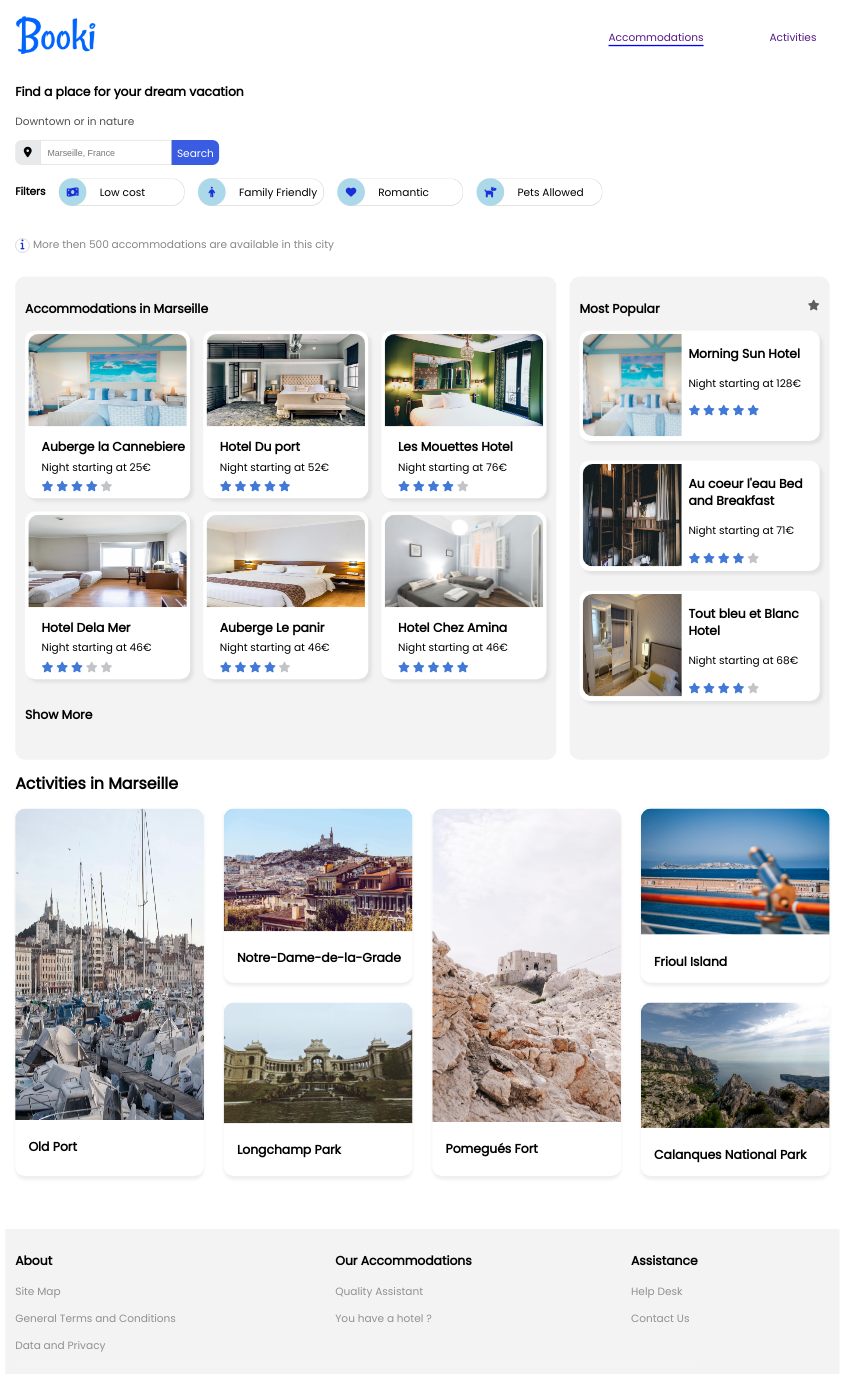
Repository: ailahin/booki
Page: index.html
The author's editor kept a copy of each file at every save. The page is drawn from the files as they stood at one save, then again after the next save.
The browser window is 1280 px wide. The pictures show the whole page, at 66% of full size.
The pointer rests on the first visible `.nav-flex a`.
Some web fonts or font styles are not loaded; a fallback is used. Some web libraries are served in a nearby version.

Above is the page before, as saved 2023-07-19 02:38:47.

### index.html
<!DOCTYPE html>
<html lang="en">
<head>
    <meta charset="UTF-8">
    <meta http-equiv="X-UA-Compatible" content="IE=edge">
    <meta name="viewport" content="width=device-width, initial-scale=1.0">
    <title>Booki</title>
    <link rel="stylesheet" href="css/index.css">
    <link rel="stylesheet" href="https://fonts.googleapis.com/css?family=Poppins|Sofia|Trirong">

    <!-- Google fronts -->
    <link rel="preconnect" href="https://fonts.googleapis.com">
    <link rel="preconnect" href="https://fonts.gstatic.com" crossorigin>
    <link href="https://fonts.googleapis.com/css2?family=Poppins&display=swap" rel="stylesheet">

    <script src="https://kit.fontawesome.com/a5dfdf2455.js" crossorigin="anonymous"></script>

</head>
<body>
    <header class="body">
        <nav>
            <div class="navbar">
                <div class="booki">
                    <img src="images/logo/Booki.png" alt="">
                </div>

                <div class="nav-flex">
                    <div id="nav-accommodation-text">
                        <a href="">Accommodations</a>
                     </div>
                     <div id="nav-activities-text" class="activities">
                         <a href=""> Activities</a>
                     </div>
               </div>
            </div>
        </nav>
    </header>

   <main class="body">
    <section>
        <div>
            <h3 class="dream-vacation">Find  a place for your dream vacation</h3>
        <p class="downtown"> Downtown or in nature</p>
        </div>

        <div class="search-bar">
            <div class="search-icon"> <i class="fa-solid fa-location-dot"></i> </div>
            <div class="search-place">
                <div class="placeholder">
                <input type="search" name="marseille, France" placeholder="Marseille, France" id="marseille">
            </div>
        </div>
            <div class="search-btn">Search</div>
        </div>

        <div>
            <div class="filters-bar">


                <div class="filters">
                    <div class="filters-text">
                        <H4>Filters</H4>
                    </div>
                    <div class="cost">
                        <div class="filters-icon"> <i class="fa-solid fa-money-bill-wave" style="color: #192fd7;"></i></div>
                        <div class="icon">Low cost</div>
                    </div>

                       <div class="cost">
                        <div class="filters-icon"> <i class="fa-solid fa-person" style="color: #192fd7;"></i></div>
                        <div class="icon">Family Friendly</div>
                       </div>

                       <div class="cost">
                        <div class="filters-icon"> <i class="fa-solid fa-heart" style="color: #192fd7;"></i></div>
                        <div class="icon">Romantic</div>
                       </div>

                       <div class="cost">
                        <div class="filters-icon"> <i class="fa-solid fa-dog" style="color: #192fd7;"></i></div>
                        <div class="icon">Pets Allowed</div>
                       </div>


                </div>
            </div>

           <div>
            <div class="info">
                <div >
                    <i class="fa-solid fa-info" style="color: #192fd7;"></i>
                </div>

                <div>
                    <p> More then 500 accommodations are available in this city</p>
                </div>
            </div>
           </div>
        </div>


    </section>
    <section class="accomodations-details">

        <section class="all-accomodations" >

            <div>
                <h3>Accommodations in Marseille</h3>
            </div>

            <div class="all-accomodations-details">

                <div class="details-container">
                    <div>
                        <img src="images/hebergements/2_large/annie-spratt-Eg1qcIitAuA-unsplash.jpg" alt="">

                    </div>
                    <div class="details-text">
                        <h3>
                            Auberge la Cannebiere
                        </h3>
                        <div>
                            <p>
                                Night starting at 25€
                            </p>
                        </div>
                        <div>
                            <i class="fa-solid fa-star" style="color: #4379d6;"></i>
                            <i class="fa-solid fa-star" style="color: #4379d6;"></i>
                            <i class="fa-solid fa-star" style="color: #4379d6;"></i>
                            <i class="fa-solid fa-star" style="color: #4379d6;"></i>
                            <i class="fa-solid fa-star" style="color: #c2c4c7;"></i>
                        </div>
                    </div>
                </div>

                <div class="details-container">
                    <div><img src="images/hebergements/2_large/aw-creative-VGs8z60yT2c-unsplash.jpg" alt=""></div>
                    <div class="details-text">
                        <h3>Hotel Du port </h3>

                        <div>
                            <p>   Night starting at 52€ </p>
                        </div>
                        <div>
                            <i class="fa-solid fa-star" style="color: #4379d6;"></i>
                            <i class="fa-solid fa-star" style="color: #4379d6;"></i>
                            <i class="fa-solid fa-star" style="color: #4379d6;"></i>
                            <i class="fa-solid fa-star" style="color: #4379d6;"></i>
                            <i class="fa-solid fa-star" style="color: #4379d6;"></i>

                        </div>
                    </div>
                </div>
                <div class="details-container">
                    <div><img src="images/hebergements/2_large/emile-guillemot-Bj_rcSC5XfE-unsplash.jpg" alt=""></div>
                    <div class="details-text">
                        <h3> Les Mouettes Hotel</h3>

                        <div>
                            <p>
                                Night starting at 76€
                            </p>
                            <div>
                                <i class="fa-solid fa-star" style="color: #4379d6;"></i>
                                <i class="fa-solid fa-star" style="color: #4379d6;"></i>
                                <i class="fa-solid fa-star" style="color: #4379d6;"></i>
                                <i class="fa-solid fa-star" style="color: #4379d6;"></i>
                                <i class="fa-solid fa-star" style="color: #c2c4c7;"></i>
                            </div>
                        </div>
                    </div>
                </div>
                <div class="details-container">
                    <div><img src="images/hebergements/2_large/febrian-zakaria-M6S1WvfW68A-unsplash.jpg" alt=""></div>

                    <div class="details-text">
                        <h3>
                                Hotel Dela Mer
                        </h3>
                        <div>
                            <p> Night starting at 46€</p>
                        </div>
                        <div>
                            <i class="fa-solid fa-star" style="color: #4379d6;"></i>
                            <i class="fa-solid fa-star" style="color: #4379d6;"></i>
                            <i class="fa-solid fa-star" style="color: #4379d6;"></i>

                            <i class="fa-solid fa-star" style="color: #c2c4c7;"></i>
                            <i class="fa-solid fa-star" style="color: #c2c4c7;"></i>
                        </div>
                    </div>
                </div>
                <div class="details-container">
                    <div><img src="images/hebergements/2_large/febrian-zakaria-sjvU0THccQA-unsplash.jpg" alt=""></div>

                    <div class="details-text">
                        <h3>Auberge Le panir</h3>
                    </div>
                    <div class="details-text">
                        <p > Night starting at 46€ </p>
                    </div>
                    <div class="details-text">
                        <i class="fa-solid fa-star" style="color: #4379d6;"></i>
                        <i class="fa-solid fa-star" style="color: #4379d6;"></i>
                        <i class="fa-solid fa-star" style="color: #4379d6;"></i>
                        <i class="fa-solid fa-star" style="color: #4379d6;"></i>

                        <i class="fa-solid fa-star" style="color: #c2c4c7;"></i>

                    </div>


                </div>
                <div class="details-container">
                    <div><img src="images/hebergements/2_large/fred-kleber-gTbaxaVLvsg-unsplash.jpg" alt=""></div>

                    <div class="details-text">
                        <h3>Hotel Chez Amina</h3>
                        <div>
                            <p>Night starting at 46€</p>
                        </div>
                        <div>
                            <i class="fa-solid fa-star" style="color: #4379d6;"></i>
                            <i class="fa-solid fa-star" style="color: #4379d6;"></i>
                            <i class="fa-solid fa-star" style="color: #4379d6;"></i>
                            <i class="fa-solid fa-star" style="color: #4379d6;"></i>
                            <i class="fa-solid fa-star" style="color: #4379d6;"></i>

                        </div>
                    </div>


                </div>


            </div>

            <div class="show-more">
                <h3>Show More</h3>
            </div>

        </section>

        <section class="most-popular">

            <div class="most-popular-icon">
                <h3>
                    Most Popular
                </h3>
                <p>
                    <i class="fa-solid fa-star" style="color: #5d5e60" > </i>
                </p>


            </div>

            <div class="most-popular-details">
                <div class="popular-details-container">
                    <div>
                        <img src="images/hebergements/2_large/annie-spratt-Eg1qcIitAuA-unsplash.jpg" alt="">
                    </div>
                    <div class="popular-details-text">
                        <h3>Morning Sun Hotel</h3>
                        <p>Night starting at 128€</p>
                        <div>
                            <div>
                                <i class="fa-solid fa-star" style="color: #4379d6;"></i>
                                <i class="fa-solid fa-star" style="color: #4379d6;"></i>
                                <i class="fa-solid fa-star" style="color: #4379d6;"></i>
                                <i class="fa-solid fa-star" style="color: #4379d6;"></i>
                                <i class="fa-solid fa-star" style="color: #4379d6;"></i>

                            </div>
                        </div>
                    </div>
                </div>
                <div class="popular-details-container" >
                    <div>
                        <img src="images/hebergements/2_large/nicate-lee-kT-ZyaiwBe0-unsplash.jpg" alt="">
                    </div>
                    <div class="popular-details-text">
                        <h3>Au coeur l'eau Bed and Breakfast</h3>
                        <p>Night starting at 71€</p>
                        <div>
                            <i class="fa-solid fa-star" style="color: #4379d6;"></i>
                            <i class="fa-solid fa-star" style="color: #4379d6;"></i>
                            <i class="fa-solid fa-star" style="color: #4379d6;"></i>
                            <i class="fa-solid fa-star" style="color: #4379d6;"></i>
                            <i class="fa-solid fa-star" style="color: #c2c4c7;"></i>

                        </div>
                    </div>
                </div>
                <div class="popular-details-container">
                    <div>
                        <img src="images/hebergements/2_large/reisetopia-B8WIgxA_PFU-unsplash.jpg" alt="">
                    </div>
                    <div class="popular-details-text">
                        <h3>Tout bleu et Blanc Hotel</h3>
                        <p>Night starting at 68€</p>
                        <div>
                            <i class="fa-solid fa-star" style="color: #4379d6;"></i>
                            <i class="fa-solid fa-star" style="color: #4379d6;"></i>
                            <i class="fa-solid fa-star" style="color: #4379d6;"></i>
                            <i class="fa-solid fa-star" style="color: #4379d6;"></i>
                            <i class="fa-solid fa-star" style="color: #c2c4c7;"></i>

                        </div>
                    </div>
                </div>

            </div>



        </section>

    </section>

    <section>
        <div>
            <h1> Activities in Marseille</h1>
        </div>
        <div>
            <div class="activites-images">
                <div class="activites-container" id="one">
                  <div>
                    <img src="images/activites/2_large/reno-laithienne-QUgJhdY5Fyk-unsplash.jpg " alt="">
                  </div>

                  <div class="text-container">
                    <h3>Old Port</h3>
                </div>
                </div>
                <div class="activites-container" id="two">
                    <div>
                        <img src="images/activites/2_large/florian-wehde-xW9e8gdotxI-unsplash.jpg" alt="">
                    </div>
                    <div class="text-container">
                        <h3>Notre-Dame-de-la-Grade</h3>
                    </div>
                </div>
                <div  class="activites-container" id="three">
                    <div>
                        <img src="images/activites/2_large/lena-paulin-wH2-EJoDcV0-unsplash.jpg" alt="">
                    </div>
                    <div class="text-container">
                        <h3>Longchamp Park </h3>
                    </div>
                 </div>
                <div class="activites-container" id="four">
                    <div>
                        <img src="images/activites/2_large/paul-hermann-QFTrLdQIRhI-unsplash.jpg" alt="">
                    </div>

                    <div class="text-container">
                        <h3>Pomegués Fort</h3>
                    </div>
                </div>
                <div class="activites-container" id="five">
                   <div>
                    <img src="images/activites/2_large/kevin-hikari-rV_Qd1l-VXg-unsplash.jpg " alt="">
                   </div>
                   <div class="text-container">
                    <h3> Frioul Island </h3>
                   </div>
                </div>
                <div class="activites-container" id="six">
                    <div>
                        <img src="images/activites/2_large/kilyan-sockalingum-NR8-cBCN3aI-unsplash.jpg" alt="">
                    </div>

                    <div class="text-container">
                        <h3>Calanques National Park</h3>
                    </div>
                </div>
            </div>
        </div>
    </section>
   </main>

    <footer class="footer-main">
        <section>
            <div class="footer">
                <div class="about">
                    <h3> About</h3>
                    <p> Site Map</p>
                    <p>General Terms and Conditions  </p>
                    <p>Data and Privacy </p>


                </div>
                <div class="accommodations">
                    <h3> Our Accommodations</h3>
                    <p>Quality Assistant</p>
                    <p>You have a hotel ?</p>

                </div>

                <div class="assistance">
                        <h3>
                            Assistance
                        </h3>

                        <p>Help Desk</p>
                        <p>Contact Us</p>
                </div>
            </div>
        </section>

    </footer>

</body>
</html>

### css/index.css
.body{
    font-family: "poppins", sans-serif;
    padding-left: 15px;
    padding-right: 15px;
}
.navbar{
    display: flex;
    flex-direction: row;
    justify-content:space-between;
    align-items: center;
}

.nav-flex{
    display:flex;
    padding-left: 20px;
    padding-right: 20px;
    justify-content:space-around;
}
.nav-flex a{
    text-decoration: none;
}
.nav-flex a:hover{
    border-bottom: 2px solid blue;


}
.dream-vacation{

}
.downtown{
    color: rgb(80, 79, 79);

}
.activities{
    margin-left: 100px;
}

.search-bar{
    display:flex;
    align-items: center;


}
.search-icon{
    display: flex;
    background-color: rgb(232, 233, 234);
    height:38px;
    width: 38px;
    align-items: center;
    justify-content: center;
    border-radius: 10px 0 0 10px;

}
.placeholder input{
   height: 38px;
   border-left: 0px;
   border-right: 0px;
   border: 1px solid rgb(220, 218, 218);
   padding: 10px;
}
.placeholder{


}

 .search-place{


 }



.search-btn{
    background-color: rgb(58, 92, 227);
    color:white;
    height: 22px;
    padding:8px;
    border-radius: 0  10px 10px 0;
}
.filters-bar{
    margin-top: 20px;

}

.cost{
    display: flex;
    border: 1px solid;
    border-left: 0px;
   border-color: rgb(220, 215, 215);
   height: 40px;
   width: 190px;
   align-items: center;
   gap: 20px;
   border-radius: 20px;
}
.filters-icon{
    display: flex;
    background-color: rgb(171, 217, 233);
    height:42px ;
    width: 42px;
    align-items: center;
    border-radius: 100%;
    justify-content: center;
}
.filters{
    display: flex;
    gap: 20px;
}
.filters-text{
   display: flex;
   height: 38px;
   align-items: center;
}

.fa-info{
    display: flex;
    border: 1px rgb(193, 200, 207) solid;
    border-radius: 100%;
    width: 20px;
    height: 20px;
    align-items: center;
    justify-content: center;
}
.info{
    display: flex;
    align-items: center;
    text-align: center;
    gap:5px;
    margin-top: 30px;
}
.info p{
    color: rgb(133, 135, 137);
}

.accomodations-details{
    display: flex;
}
.all-accomodations{
    width: 66%;
    background-color:rgb(243, 243, 243);
    padding: 15px;
    margin-top: 20px;
    margin-right: 20px;
    border-radius: 15px;
}

.show-more{
    padding-top: 20px;
    padding-bottom: 20px;
}
.most-popular{
    width: 34%;
    background-color:rgb(243, 243, 243);
    padding:15px;
    margin-top: 20px;
    border-radius: 15px;
    padding-bottom: 30px;

}
.most-popular-icon{
    display: flex;
    justify-content: space-between;

}
.all-accomodations-details img{
    width: 240px;
    height: 140px;
    border-top-left-radius: 15px;
    border-top-right-radius: 15px;

}
.all-accomodations-details{
   display: grid;
   grid-template-columns: repeat(3, 1fr);
   gap: 20px;

}

.details-container{
    background-color:white;
    padding: 5px;
    border-radius: 15px;
    box-shadow: 5px 5px 5px 0px rgb(226, 225, 225);


}

.details-text {
margin-left: 20px;
line-height: .3cm;
margin-bottom: 5px;


}
.most-popular-details{
    display: grid;
    grid-template-rows: repeat(3, 1fr);
    gap:30px;


}
.popular-details-container img{
    width:150px;
    height: 155px;
    border-top-left-radius: 15px;
    border-bottom-left-radius: 15px;
    margin-top: 2px;
    margin-left: 2px;

}
.popular-details-container{
    display: flex;
    background-color:white;
    padding-top: 3px;
    padding-left: 3px;
    border-radius: 15px;
    box-shadow: 5px 5px 5px 0px rgb(226, 225, 225);
}
.popular-details-text{
    margin-left: 10px;
    line-height: .7cm;

}

.activites-images img{
    width: 100%;
    border-top-left-radius: 15px;
    border-top-right-radius: 15px;



  }

  .activites-images {
    display: grid;
    grid-template-columns: repeat(4, 1fr);
    gap: 30px;
    margin-bottom: 80px;

  }

  .activites-container{
    box-shadow: 0px 5px 5px 0px rgb(239, 238, 238);
    border-bottom-left-radius: 15px;
    border-bottom-right-radius: 15px;
  }


#one{
    grid-row: 1/3;
    grid-row: 1 / 3;

}

#one img{

    height: 472px;

}

.text-container{

    margin-left: 20px;

}

#two{

}
#three{
    grid-column: 2/3;
    grid-row:2/3 ;
}
#three img{
   height: 183px;

}
#four {
    grid-row: 1/3;
    border-top-right-radius: 15px;
}

#four img {

    height: 475px;
}

#five{
    grid-column: 4/5;
    grid-row:1/2 ;
}
#six{
    grid-column: 4/5;
    grid-row:2/3 ;
}

.footer{
    display: flex;
    justify-content: space-between;
    background-color:rgb(243, 243, 243);
    font-family: "poppins", sans-serif;
    margin-right: 200px;
}
.footer p{
    color: rgb(146, 145, 145);
}
.footer-main{
    background-color:rgb(243, 243, 243);
    padding: 15px;

}







/* Extra small devices (phones, 600px and down) */
@media only screen and (max-width: 992px) {
    .navbar{
       display: flex;
       flex-wrap: wrap;
       justify-content: center;
       align-items: center;
       margin-bottom: 20px;



    };
    #nav-accommodation-text{

    }


    .filters {
        width: 100%;
        display:flex;
        flex-direction: column;
        flex-wrap:wrap;

    }
    .accomodations-details{
        display: flex;
        flex-direction:column-reverse;
        flex-wrap: wrap;
    }
    .all-accomodations{
        width: 100%;
        align-items: center;
        justify-content: center;

    }
    .all-accomodations-details{
        display: flex;
        flex-direction: row;
        flex-wrap: wrap;
        align-items: center;
        justify-content: center;

    }

    .most-popular{
        width: 100%;

    }


    .most-popular-details img{
        width:150px;
        height: 155px;
        border-top-left-radius: 15px;
        border-bottom-left-radius: 15px;
        margin-top: 2px;
        margin-left: 2px;

    }


.footer{
    display: flex;
    flex-direction: column;
}

.activites-images {
   display: flex;
   flex-direction: column-reverse;


}

  }



  /* Small devices (portrait tablets and large phones, 600px and up) */
  @media only screen and (min-width: 768px) {
    .example {background: green;}




  }

  /* Medium devices (landscape tablets, 768px and up) */
  @media only screen and (max-width: 1000px) and ( min-width: 600px) {
    .accomodations-details{
        display: flex;
        flex-direction:column;
        flex-wrap: wrap;
    }


}

  /* Large devices (laptops/desktops, 992px and up) */
  @media only screen and (min-width: 992px) {


  }

  /* Extra large devices (large laptops and desktops, 1200px and up) */
  @media only screen and (min-width: 1200px) {


  }

After the next save:
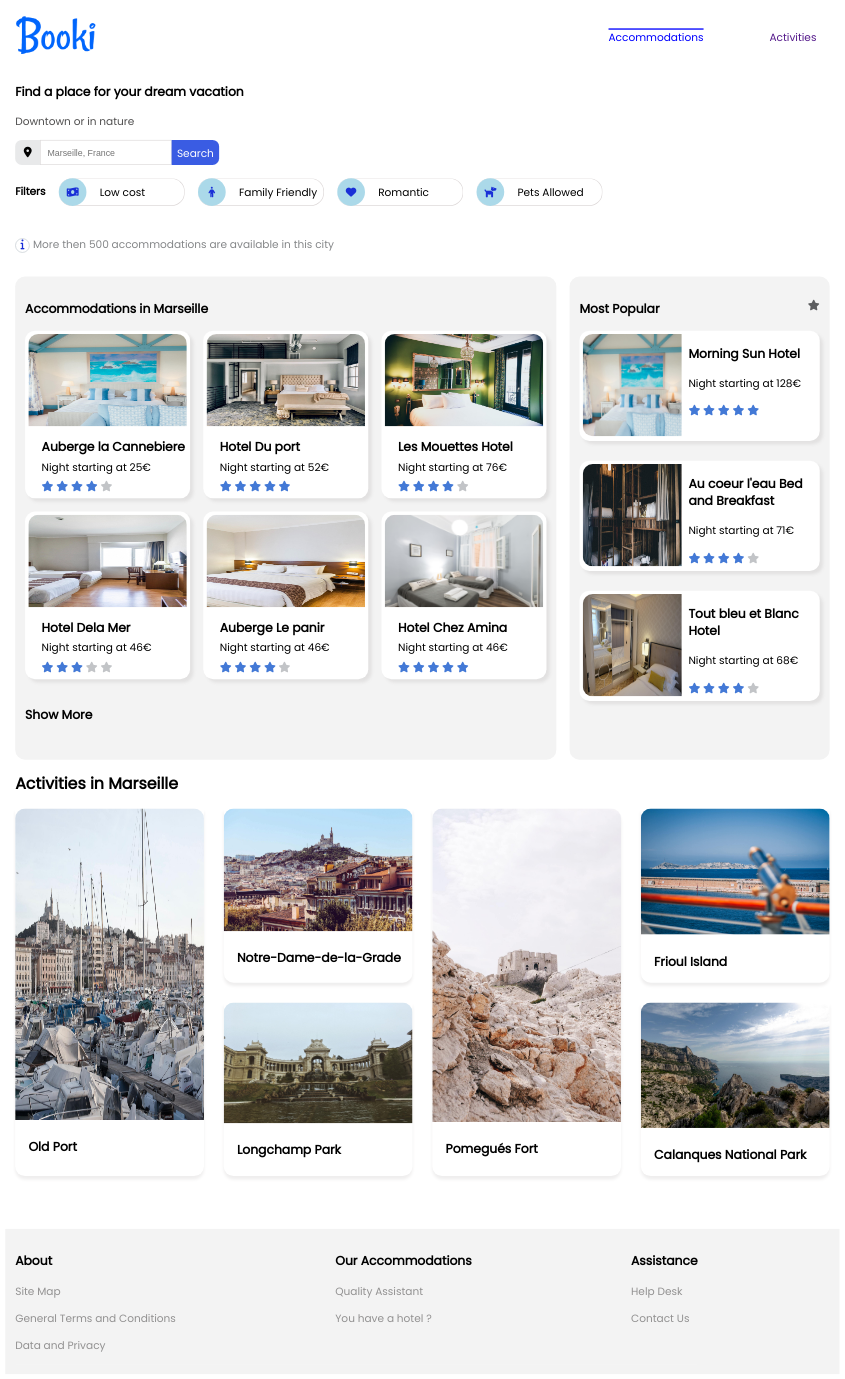
Saved 39 s later.
--- a/css/index.css
+++ b/css/index.css
@@ -20,7 +20,8 @@
     text-decoration: none;
 }
 .nav-flex a:hover{
-    border-bottom: 2px solid blue;
+    border-top: 2px solid blue;
+    color: blue;
 
 
 }
